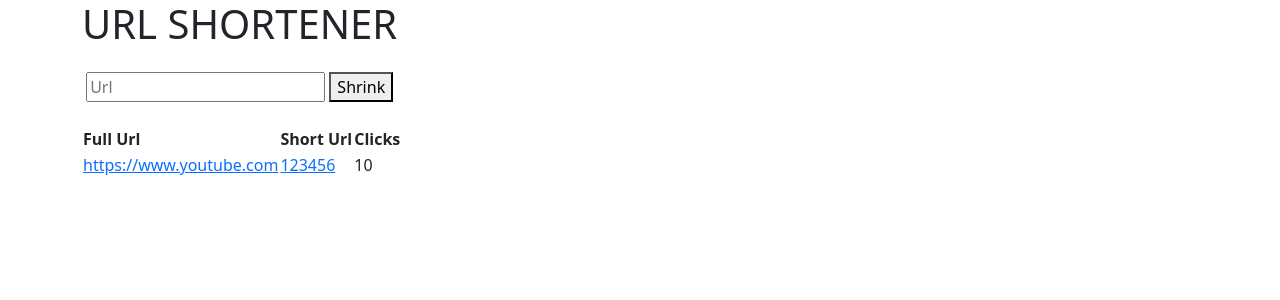
Repository: HarshM0di/URL-SHORTENER
Page: http://localhost/
These files come from the project's save history. The page is drawn as it stood at one moment and after the next save; the edit follows.
The browser window is 1280 px wide. The pictures show the whole page.
The page is served by the project's Node server (server.js).

Above is the page before, as saved 2022-09-18 10:56:57.

After the next save:
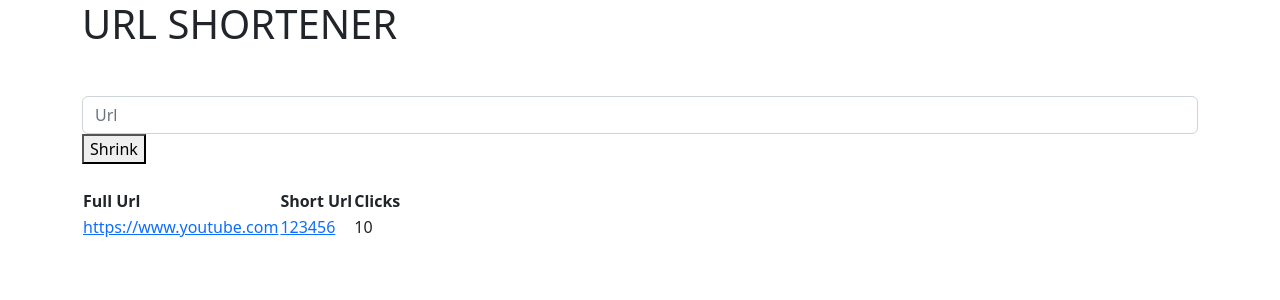
Saved 67 s later.
--- a/views/index.ejs
+++ b/views/index.ejs
@@ -15,7 +15,7 @@
     <h1> URL SHORTENER </h1>
     <form action="" method = "POST" class ="my-4 form-inline">
         <label for="fullUrl" class="sr-only"></label>
-        <input placeholder="Url" type="url" name= "fullUrl" id="fullUrl" >
+        <input required placeholder="Url" type="url" name= "fullUrl" id="fullUrl" class="form-control mr-2" >
         <button type="submit">Shrink</button>
     </form>
 
